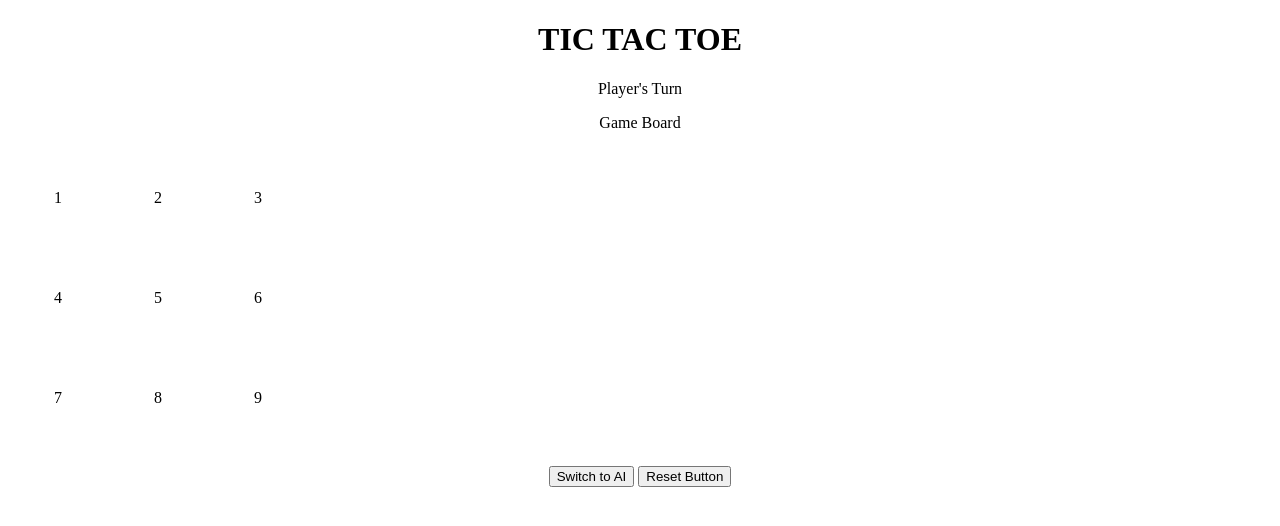
Repository: Yash19075/TicTacToe-game
Page: TicTacToe.html
An editor plug-in stored every save of this project. The page is shown before and after the next save, followed by the edit.
The browser window is 1280 px wide. The pictures show the whole page.

Above is the page before, as saved 2025-03-08 22:28:13.

### TicTacToe.html
<!DOCTYPE html>
<html lang="en">
<head>
    <meta charset="UTF-8">
    <meta name="viewport" content="width=device-width, initial-scale=1.0">
    <title>TicTacToe</title>
    <link rel="stylesheet" href="TicTacToe.css">
</head>
<body>
    <h1>TIC TAC TOE</h1>

    <p>Player's Turn</p>

    <p>Game Board</p>
    <div class="css-board">
        <div class="css-cell">1</div>
        <div class="css-cell">2</div>
        <div class="css-cell">3</div>
        <div class="css-cell">4</div>
        <div class="css-cell">5</div>
        <div class="css-cell">6</div>
        <div class="css-cell">7</div>
        <div class="css-cell">8</div>
        <div class="css-cell">9</div>
    </div>
    <br>
    <button>Switch to AI</button>
    <button>Reset Button</button>
</body>
</html>

### TicTacToe.css
body {
    text-align: center;
}




.css-board {
    display: grid;
    grid-template-columns: repeat(3, 100px);
    grid-template-rows: repeat(3, 100px);
    align-items: center;
}

After the next save:
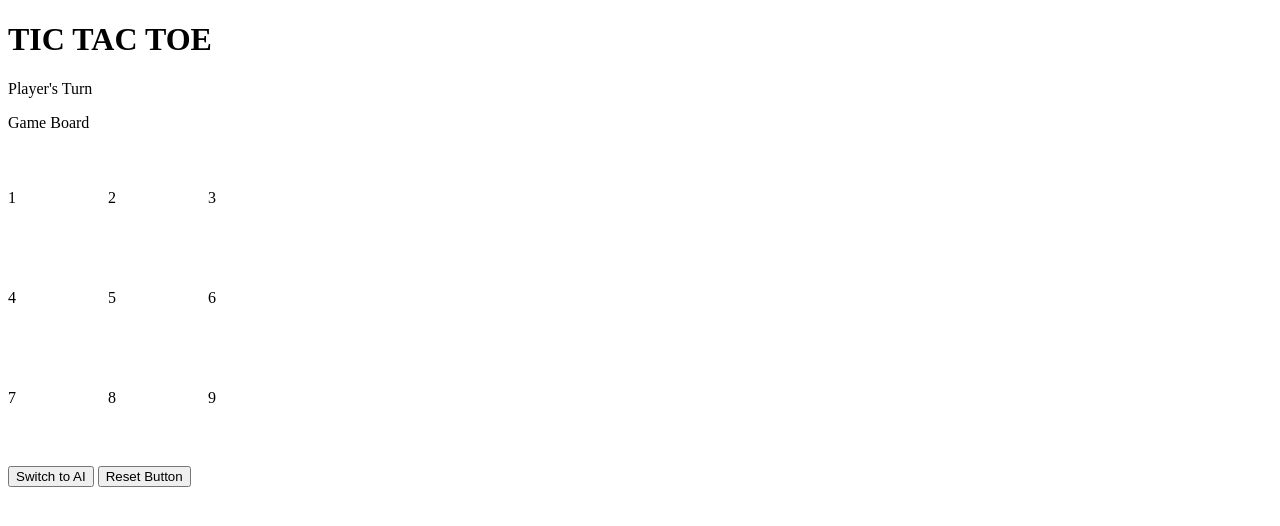
Saved 16 s later.
--- a/TicTacToe.css
+++ b/TicTacToe.css
@@ -1,5 +1,5 @@
 body {
-    text-align: center;
+    justify-content: center;
 }
 
 
